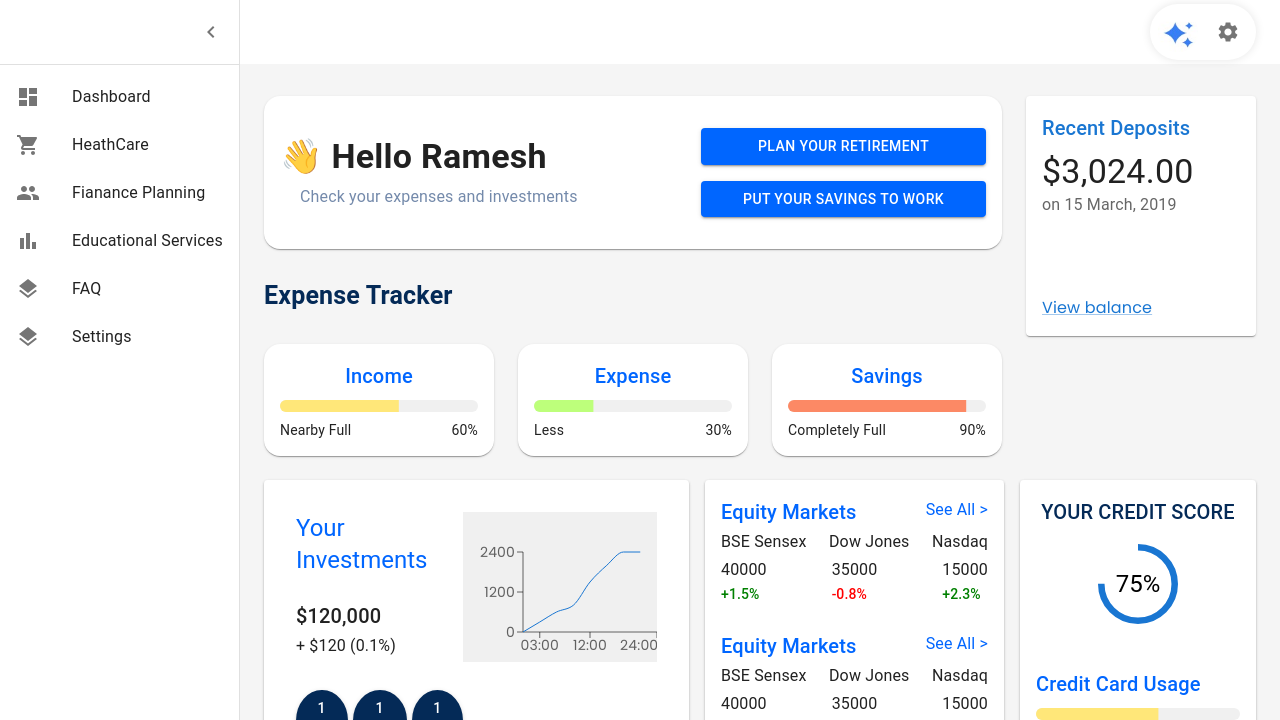
Repository: shubhampirate/TIAA_Retirement_hackathon
Page: /
An editor plug-in stored every save of this project. The page is shown before and after the next save, followed by the edit.
The browser window is 1280 px wide. The pictures show the whole page.
An inner scrolling area shows only its first screen. The project was rebuilt for these pictures with package versions that can differ from the ones it lists, and the page was loaded fresh each time. Also part of the build but not shown: src/Components/CustomButton.jsx, src/Components/Navbar.jsx, src/Components/Properties.jsx, src/Components/Footer.jsx, src/Components/Hero.jsx, src/pages/Sign_In.jsx.

Above is the page before, as saved 2023-11-15 14:34:53.

### src/index.css
@import url("https://fonts.googleapis.com/css2?family=Poppins:wght@400;500;700&display=swap");

* {
  margin: 0;
  padding: 0;
  box-sizing: border-box;
  font-family: "Poppins", sans-serif;
}

body {
  margin: 0;
  -webkit-font-smoothing: antialiased;
  -moz-osx-font-smoothing: grayscale;
}

code {
  font-family: source-code-pro, Menlo, Monaco, Consolas, "Courier New",
    monospace;
}

### src/App.jsx
import Hero from "./Components/Hero";
import SignIn from "./pages/Sign_In";
import Dashboard from "./Components/Dashboard";

function App() {
  return (
    <>
      {/* <Hero /> */}
      {/* <SignIn/> */}
      <Dashboard />
    </>
  );
}

export default App;

### src/Components/Dashboard.jsx
import * as React from 'react';
import { styled, createTheme, ThemeProvider } from '@mui/material/styles';
import CssBaseline from '@mui/material/CssBaseline';
import MuiDrawer from '@mui/material/Drawer';
import Box from '@mui/material/Box';
import MuiAppBar from '@mui/material/AppBar';
import Toolbar from '@mui/material/Toolbar';
import List from '@mui/material/List';
import Typography from '@mui/material/Typography';
import Divider from '@mui/material/Divider';
import IconButton from '@mui/material/IconButton';
// import Badge from '@mui/material/Badge';
import Container from '@mui/material/Container';
import Grid from '@mui/material/Grid';
import Paper from '@mui/material/Paper';
// import Link from '@mui/material/Link';
import MenuIcon from '@mui/icons-material/Menu';
import ChevronLeftIcon from '@mui/icons-material/ChevronLeft';
// import NotificationsIcon from '@mui/icons-material/Notifications';
import SettingsIcon from '@mui/icons-material/Settings';
import { mainListItems } from './listItems';
// import Chart from './Chart';
import Deposits from './Deposits';

import heroImg_3 from "../media/img_3.jpeg";
import Button from '@mui/material/Button';
import LinearProgress from '@mui/material/LinearProgress';
import YourComponent from './YourComponent';

  const Title = styled(Typography)(({ theme }) => ({
    fontSize: "25px",
    color: "#042A57",
    fontWeight: "bold",
    textAlign: "left",
    margin: theme.spacing(4, 0, 4, 0),
    [theme.breakpoints.down("sm")]: {
      fontSize: "30px",
    },
  }));
const drawerWidth = 240;

const AppBar = styled(MuiAppBar, {
  shouldForwardProp: (prop) => prop !== 'open',
})(({ theme, open }) => ({
  zIndex: theme.zIndex.drawer + 1,
  transition: theme.transitions.create(['width', 'margin'], {
    easing: theme.transitions.easing.sharp,
    duration: theme.transitions.duration.leavingScreen,
  }),
  ...(open && {
    marginLeft: drawerWidth,
    width: `calc(100% - ${drawerWidth}px)`,
    transition: theme.transitions.create(['width', 'margin'], {
      easing: theme.transitions.easing.sharp,
      duration: theme.transitions.duration.enteringScreen,
    }),
  }),
}));


const ProgressBarBox = ({ title, value }) => {
    let indicatorText = '';
    let color = '';

    if (value <= 30) {
      indicatorText = 'Less';
      color = '#BDFF7B';
    } else if (value <= 70) {
      indicatorText = 'Nearby Full';
      color = '#FFE779';
    } else {
      indicatorText = 'Completely Full';
      color = '#FC8965';
    }

    return (
      <Grid item xs={12} sm={6} md={4}>
        <Paper
          sx={{
            p: 2,
            display: 'flex',
            flexDirection: 'column',
            alignItems: 'center',
            borderRadius: '16px',
          }}
        >
          <Typography variant="h6" sx={{ mb: 1, color: "#0066FF" }}>
            {title}
          </Typography>
          <LinearProgress
          variant="determinate"
          value={value}
          sx={{
            width: '100%',
            height: '12px',
            borderRadius: '8px',
            backgroundColor: '#f0f0f0',
            marginBottom: '8px',
            '& .MuiLinearProgress-bar': {
              backgroundColor: color,
            },
          }}
        />

          <Box
          sx={{
            display: 'flex',
            justifyContent: 'space-between',
            width: '100%',

          }}
        >
          <Typography variant="body2">{indicatorText}</Typography>
          <Typography variant="body2">{value}%</Typography>
        </Box>
        </Paper>
      </Grid>
    );
  };
const Drawer = styled(MuiDrawer, { shouldForwardProp: (prop) => prop !== 'open' })(
  ({ theme, open }) => ({
    '& .MuiDrawer-paper': {
      position: 'relative',
      whiteSpace: 'nowrap',
      width: drawerWidth,
      transition: theme.transitions.create('width', {
        easing: theme.transitions.easing.sharp,
        duration: theme.transitions.duration.enteringScreen,
      }),
      boxSizing: 'border-box',
      ...(!open && {
        overflowX: 'hidden',
        transition: theme.transitions.create('width', {
          easing: theme.transitions.easing.sharp,
          duration: theme.transitions.duration.leavingScreen,
        }),
        width: theme.spacing(7),
        [theme.breakpoints.up('sm')]: {
          width: theme.spacing(9),
        },
      }),
    },
  }),
);

// TODO remove, this demo shouldn't need to reset the theme.
const defaultTheme = createTheme();

export default function Dashboard() {
  const [open, setOpen] = React.useState(true);
  const toggleDrawer = () => {
    setOpen(!open);
  };

  return (
    <ThemeProvider theme={defaultTheme}>
      <Box sx={{ display: 'flex' }}>
        <CssBaseline />
        <AppBar position="absolute" open={open} sx={{ backgroundColor: "#fff", boxShadow: 'none' }}>
  <Toolbar
    sx={{
      pr: '24px', // keep right padding when drawer closed
      display: 'flex',
      alignItems: 'center',
      justifyContent: 'space-between',
    }}
  >
    <Box sx={{ display: 'flex', alignItems: 'center' }}>
      <IconButton
        edge="start"
        aria-label="open drawer"
        onClick={toggleDrawer}
        sx={{
          marginRight: '36px',
          ...(open && { display: 'none' }),
        }}
      >
        <MenuIcon />
      </IconButton>

    </Box>

    <Box sx={{ display: 'flex', alignItems: 'center', boxShadow: '0px 0px 10px rgba(0, 0, 0, 0.1)', borderRadius: '40px', padding: '8px' }}>
  {/* User profile image */}
  <img
    src={heroImg_3}
    alt="User Profile"
    style={{ borderRadius: '50%', width: '40px', height: '40px', marginRight: '10px' }}
  />

  {/* Settings button */}
  <IconButton >

    <SettingsIcon />
  </IconButton>
</Box>
  </Toolbar>
</AppBar>

        <Drawer variant="permanent" open={open}>
          <Toolbar
            sx={{
              display: 'flex',
              alignItems: 'center',
              justifyContent: 'flex-end',
              px: [1],
            }}
          >
            <IconButton onClick={toggleDrawer}>
              <ChevronLeftIcon />
            </IconButton>
          </Toolbar>
          <Divider />
          <List component="nav">
            {mainListItems}
            {/* <Divider sx={{ my: 1 }} /> */}
            {/* {secondaryListItems} */}
          </List>
        </Drawer>
        <Box
          component="main"
          sx={{
            backgroundColor: (theme) =>
              theme.palette.mode === 'light'
                ? theme.palette.grey[100]
                : theme.palette.grey[900],
            flexGrow: 1,
            height: '100vh',
            overflow: 'auto',
          }}
        >
          <Toolbar />
          <Container maxWidth="lg" sx={{ mt: 4, mb: 4 }}>
            <Grid container spacing={3}>

            <Grid item xs={12} md={8} lg={9}>
  <Paper
    sx={{
      p: 2,
      display: 'flex',
      flexDirection: 'column',
      alignItems: 'center',
      borderRadius: '16px', // Adjust the value as needed for more or less curvature
    }}
  >
    {/* Left side content */}
    <Grid container spacing={2} alignItems="center">
      <Grid item xs={12} md={7 }>
        <Typography variant="h4" sx={{ mb: 1, fontWeight: 'bold'}}>
        👋  Hello Ramesh
        </Typography>
        <Typography variant="body1" sx={{color:"#748AAB", paddingLeft:"20px"}}>
          Check your expenses and investments
        </Typography>
      </Grid>

      {/* Right side content */}
      <Grid item xs={12} md={5} sx={{ display: 'flex', flexDirection: 'column', alignItems: 'center' }}>
        <Button variant="contained"  sx={{ width: '100%', backgroundColor: '#0066FF', color: '#fff', mb: { xs: 1, md: 2 } ,mt:{xs:0, md:2}  }}>
        Plan your retirement
        </Button>
        <Button variant="contained"  sx={{ width: '100%', backgroundColor: '#0066FF', color: '#fff', mb:{xs:1, md:2} }}>
        Put your savings to work
        </Button>
      </Grid>
    </Grid>
  </Paper>
  <Title variant="h4" sx={{color: "#042A57"}}>
             Expense Tracker
            </Title>
            <Grid container spacing={3}>
      <ProgressBarBox title="Income" value={60} />
      <ProgressBarBox title="Expense" value={30} />
      <ProgressBarBox title="Savings" value={90} />
    </Grid>
</Grid>


               {/* Recent Deposits */}
              <Grid item xs={12} md={4} lg={3}>
                <Paper
                  sx={{
                    p: 2,
                    display: 'flex',
                    flexDirection: 'column',
                    height: 240,
                  }}
                >
                  <Deposits />
                </Paper>
              </Grid>
              {/* Recent Orders */}
              <Grid item xs={12}>
                {/* <Paper sx={{ p: 2, display: 'flex', flexDirection: 'column' }}> */}
                  <YourComponent />
                {/* </Paper> */}
              </Grid>
            </Grid>

          </Container>
        </Box>
      </Box>
    </ThemeProvider>
  );
}

### src/Components/listItems.jsx
import * as React from 'react';
import ListItemButton from '@mui/material/ListItemButton';
import ListItemIcon from '@mui/material/ListItemIcon';
import ListItemText from '@mui/material/ListItemText';
import ListSubheader from '@mui/material/ListSubheader';
import DashboardIcon from '@mui/icons-material/Dashboard';
import ShoppingCartIcon from '@mui/icons-material/ShoppingCart';
import PeopleIcon from '@mui/icons-material/People';
import BarChartIcon from '@mui/icons-material/BarChart';
import LayersIcon from '@mui/icons-material/Layers';
import AssignmentIcon from '@mui/icons-material/Assignment';

export const mainListItems = (
  <React.Fragment>
    <ListItemButton>
      <ListItemIcon>
        <DashboardIcon />
      </ListItemIcon>
      <ListItemText primary="Dashboard" />
    </ListItemButton>
    <ListItemButton>
      <ListItemIcon>
        <ShoppingCartIcon />
      </ListItemIcon>
      <ListItemText primary="HeathCare" />
    </ListItemButton>
    <ListItemButton>
      <ListItemIcon>
        <PeopleIcon />
      </ListItemIcon>
      <ListItemText primary="Fianance Planning" />
    </ListItemButton>
    <ListItemButton>
      <ListItemIcon>
        <BarChartIcon />
      </ListItemIcon>
      <ListItemText primary="Educational Services" />
    </ListItemButton>
    <ListItemButton>
      <ListItemIcon>
        <LayersIcon />
      </ListItemIcon>
      <ListItemText primary="FAQ" />
    </ListItemButton>
    <ListItemButton>
      <ListItemIcon>
        <LayersIcon />
      </ListItemIcon>
      <ListItemText primary="Settings" />
    </ListItemButton>
  </React.Fragment>
);

// export const secondaryListItems = (
//   <React.Fragment>
//     <ListSubheader component="div" inset>
//       Saved reports
//     </ListSubheader>
//     <ListItemButton>
//       <ListItemIcon>
//         <AssignmentIcon />
//       </ListItemIcon>
//       <ListItemText primary="Current month" />
//     </ListItemButton>
//     <ListItemButton>
//       <ListItemIcon>
//         <AssignmentIcon />
//       </ListItemIcon>
//       <ListItemText primary="Last quarter" />
//     </ListItemButton>
//     <ListItemButton>
//       <ListItemIcon>
//         <AssignmentIcon />
//       </ListItemIcon>
//       <ListItemText primary="Year-end sale" />
//     </ListItemButton>
//   </React.Fragment>
// );

### src/Components/YourComponent.jsx
import React from 'react';
import { Box,Grid, Paper, Typography, CircularProgress, LinearProgress, Button } from '@mui/material';
import Chart from './Chart';
// import ArrowForwardIcon from '@mui/icons-material/ArrowForward';



const InvestmentsBox = () => (
  <Paper sx={{ p: 4, display: 'flex', flexDirection: 'column', alignItems: 'center' }}>
    <div style={{ display: 'flex', justifyContent: 'space-between', width: '100%' }}>
      <div style={{ textAlign: 'left' }}>
        <Typography variant="h5" sx={{color: '#0066FF' }}>Your Investments</Typography>
        <Typography variant="h6" sx={{mt:3}}>$120,000</Typography>
        <Typography variant="subtitle1">+ $120 (0.1%)</Typography>
        {/* Options to choose from */}
        <div style={{ display: 'flex', marginTop: '30px' }}>
          <Button
            variant="contained"
            style={{
              backgroundColor: '#042A57',
              color: '#FFF',
              borderRadius: '70%',
              minWidth: 'unset',
              marginRight: '5px',
            }}
          >
            1 D
          </Button>
          <Button
            variant="contained"
            style={{
              backgroundColor: '#042A57',
              color: '#FFF',
              borderRadius: '50%',
              minWidth: 'unset',
              marginRight: '5px',
            }}
          >
            1 M
          </Button>
          <Button
            variant="contained"
            style={{
              backgroundColor: '#042A57',
              color: '#FFF',
              borderRadius: '50%',
              minWidth: 'unset',
            }}
          >
            1 Y
          </Button>
        </div>
      </div>
      {/* Chart (replace with your actual chart component) */}
      <div style={{ width: '60%', height: '150px', backgroundColor: '#f0f0f0' }}>
        {/* Replace this div with your actual chart component */}
        <div style={{ width: '100%', height: '100%', display: 'flex', justifyContent: 'center', alignItems: 'center' }}>
          <Chart />
        </div>
      </div>
    </div>
  </Paper>
);


const EquityMarketsBox = () => {
  // Mock data for market values
  const marketData = [
    { name: 'BSE Sensex', currentPrice: 40000, increasePercentage: 1.5 },
    { name: 'Dow Jones', currentPrice: 35000, increasePercentage: -0.8 },
    { name: 'Nasdaq', currentPrice: 15000, increasePercentage: 2.3 },
  ];

  return (
    <Paper sx={{ p: 2, display: 'flex', flexDirection: 'column' }}>
  <Typography variant="h6" style={{ display: 'flex', justifyContent: 'space-between', color: '#0066FF' }}>
        Equity Markets
        <Typography variant="subtitle1" style={{ cursor: 'pointer' }}>
          See All &gt;
        </Typography>
      </Typography>
    {/* Display market names in the first line */}
    <div style={{ display: 'flex', justifyContent: 'space-between' }}>
      {marketData.map((market) => (
        <Typography key={market.name} variant="subtitle1">{market.name}</Typography>
      ))}
    </div>
    {/* Display market values in the second line */}
    <div style={{ display: 'flex', justifyContent: 'space-between' }}>
      {marketData.map((market) => (
        <div key={market.name}>
          <Typography variant="subtitle1">{market.currentPrice}</Typography>
          <Typography variant="subtitle2" style={{ color: market.increasePercentage >= 0 ? 'green' : 'red' }}>
            {market.increasePercentage >= 0 ? '+' : ''}{market.increasePercentage}%
          </Typography>
        </div>
      ))}
    </div>
 <br />
  <Typography variant="h6" style={{ display: 'flex', justifyContent: 'space-between', color: '#0066FF' }}>
        Equity Markets
        <Typography variant="subtitle1" style={{ cursor: 'pointer' }}>
          See All &gt;
        </Typography>
      </Typography>
    {/* Display market names in the first line */}
    <div style={{ display: 'flex', justifyContent: 'space-between' }}>
      {marketData.map((market) => (
        <Typography key={market.name} variant="subtitle1">{market.name}</Typography>
      ))}
    </div>
    {/* Display market values in the second line */}
    <div style={{ display: 'flex', justifyContent: 'space-between' }}>
      {marketData.map((market) => (
        <div key={market.name}>
          <Typography variant="subtitle1">{market.currentPrice}</Typography>
          <Typography variant="subtitle2" style={{ color: market.increasePercentage >= 0 ? 'green' : 'red' }}>
            {market.increasePercentage >= 0 ? '+' : ''}{market.increasePercentage}%
          </Typography>
        </div>
      ))}
    </div>

  </Paper>
);
};



// Component for the third box
  // Component for the first box
const ProgressBarBox = ({ title, value }) => {
    let indicatorText = '';
    let color = '';

    if (value <= 30) {
      indicatorText = 'Less';
      color = '#BDFF7B';
    } else if (value <= 70) {
      indicatorText = 'Nearby Full';
      color = '#FFE779';
    } else {
      indicatorText = 'Completely Full';
      color = '#FC8965';
    }

    return (
      <Grid container>
        <Typography variant="h6" sx={{ mb: 1, color: "#0066FF" }}>
          {title}
        </Typography>
        <LinearProgress
          variant="determinate"
          value={value}
          sx={{
            width: '100%',
            height: '12px',
            borderRadius: '8px',
            backgroundColor: '#f0f0f0',
            marginBottom: '8px',
            '& .MuiLinearProgress-bar': {
              backgroundColor: color,
            },
          }}
        />
        <Box
          sx={{
            display: 'flex',
            justifyContent: 'space-between',
            width: '100%',
          }}
        >
          <Typography variant="body2">{indicatorText}</Typography>
          <Typography variant="body2">{value}%</Typography>
        </Box>
      </Grid>
    );
  };

  // Component for the third box
  const CreditScoreBox = () => (
    <Paper sx={{ p: 2, display: 'flex', flexDirection: 'column', alignItems: 'center', position: 'relative' }}>
      <Typography variant="h6" sx={{mb:{xs:0, md:2}, color: "#042A57"}}>YOUR CREDIT SCORE</Typography>
      {/* <br /> */}
      {/* Circular Progress Bar */}
      <div style={{ position: 'relative', width: '80px', height: '80px', marginBottom:"20px" }}>
        <CircularProgress variant="determinate" value={75} size={80} />
        {/* Display the percentage in the center of the circular progress bar */}
        <Typography
          variant="h5"
          style={{
            position: 'absolute',
            top: '50%',
            left: '50%',
            transform: 'translate(-50%, -50%)',
            color: '#000', // Adjust text color as needed
          }}
        >
          75%
        </Typography>
      </div>
      <br />
      {/* Include ProgressBarBox with the entire width */}
      <ProgressBarBox title="Credit Card Usage" value={60} />
    </Paper>
  );

// Main component
const YourComponent = () => (
  <Grid container spacing={2} >
  <Grid item xs={12} md={9}>
    <Grid container spacing={2} style={{ height: '100%' }}>
      <Grid item xs={12} md={8} lg={7}>
        <Paper sx={{ minHeight: '100%' }}>
          <InvestmentsBox />
        </Paper>
      </Grid>
      <Grid item xs={12} md={4} lg={5}>
        <Paper sx={{ minHeight: '100%' }}>
          <EquityMarketsBox />
        </Paper>
      </Grid>
    </Grid>
  </Grid>
  <Grid item xs={12} md={3}>
    <Paper sx={{ minHeight: '100%' }}>
      <CreditScoreBox />
    </Paper>
  </Grid>
</Grid>
);

export default YourComponent;

### src/Components/Chart.jsx
import * as React from 'react';
import { useTheme } from '@mui/material/styles';
import { LineChart, Line, XAxis, YAxis, Label, ResponsiveContainer } from 'recharts';
import Title from './Title';

// Generate Sales Data
function createData(time, amount) {
  return { time, amount };
}

const data = [
  createData('00:00', 0),
  createData('03:00', 300),
  createData('06:00', 600),
  createData('09:00', 800),
  createData('12:00', 1500),
  createData('15:00', 2000),
  createData('18:00', 2400),
  createData('21:00', 2400),
  createData('24:00', undefined),
];

export default function Chart() {
  const theme = useTheme();

  return (
    <React.Fragment>
      {/* <Title>Today</Title> */}
      <ResponsiveContainer>
        <LineChart
          data={data}
          margin={{
            top: 40,
            right: 0,
            bottom: 0,
            left: 0,
          }}
          backgroundColor="white"

        >
          <XAxis
            dataKey="time"
            stroke={theme.palette.text.secondary}
            style={theme.typography.body2}
          />
          <YAxis
            stroke={theme.palette.text.secondary}
            style={theme.typography.body2}
          >
            {/* <Label
              angle={270}
              position="left"
              style={{
                textAnchor: 'middle',
                fill: theme.palette.text.primary,
                ...theme.typography.body1,
              }}
            >
              Sales ($)
            </Label> */}
          </YAxis>
          <Line
            isAnimationActive={false}
            type="monotone"
            dataKey="amount"
            stroke={theme.palette.primary.main}
            dot={false}
          />
        </LineChart>
      </ResponsiveContainer>
    </React.Fragment>
  );
}

Loaded but not shown: public/index.html (common file); src/index.js (common file); src/Components/Deposits.jsx (common file); src/Components/Title.jsx (common file)

After the next save:
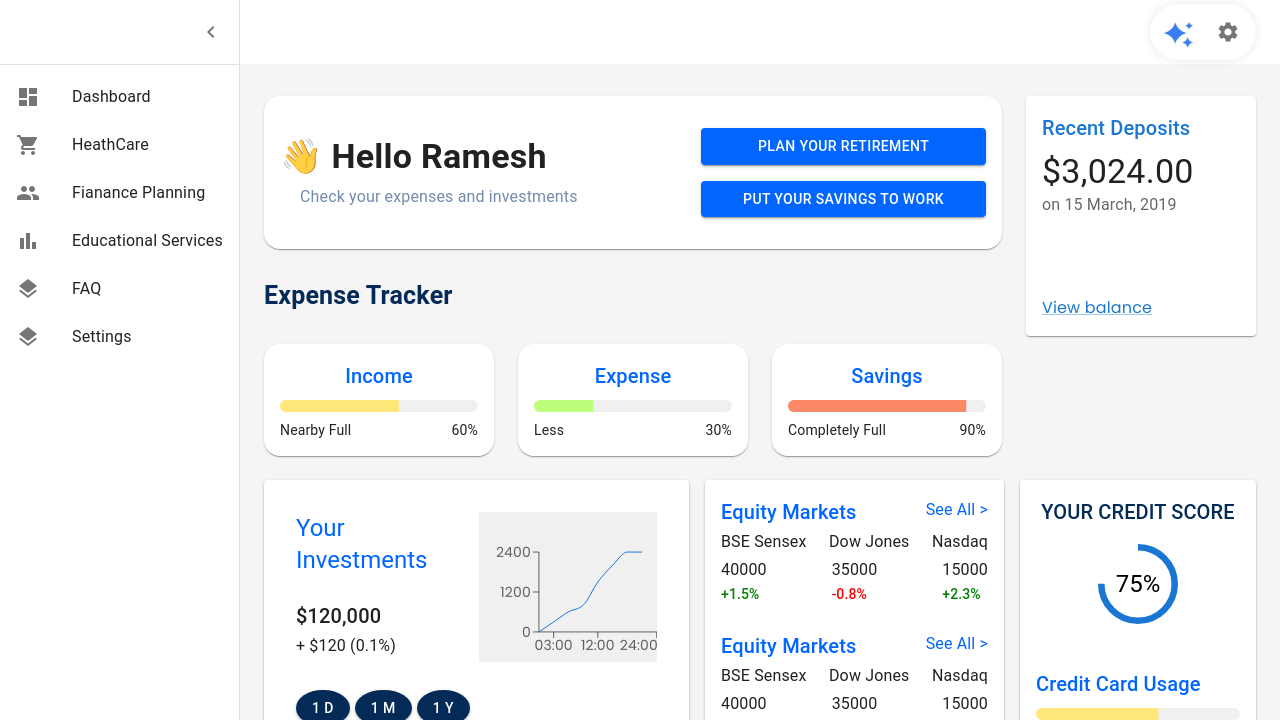
Saved 6 s later.
--- a/src/Components/YourComponent.jsx
+++ b/src/Components/YourComponent.jsx
@@ -52,7 +52,7 @@ const InvestmentsBox = () => (
         </div>
       </div>
       {/* Chart (replace with your actual chart component) */}
-      <div style={{ width: '60%', height: '150px', backgroundColor: '#f0f0f0' }}>
+      <div style={{ width: '50%', height: '150px', backgroundColor: '#f0f0f0' }}>
         {/* Replace this div with your actual chart component */}
         <div style={{ width: '100%', height: '100%', display: 'flex', justifyContent: 'center', alignItems: 'center' }}>
           <Chart />
